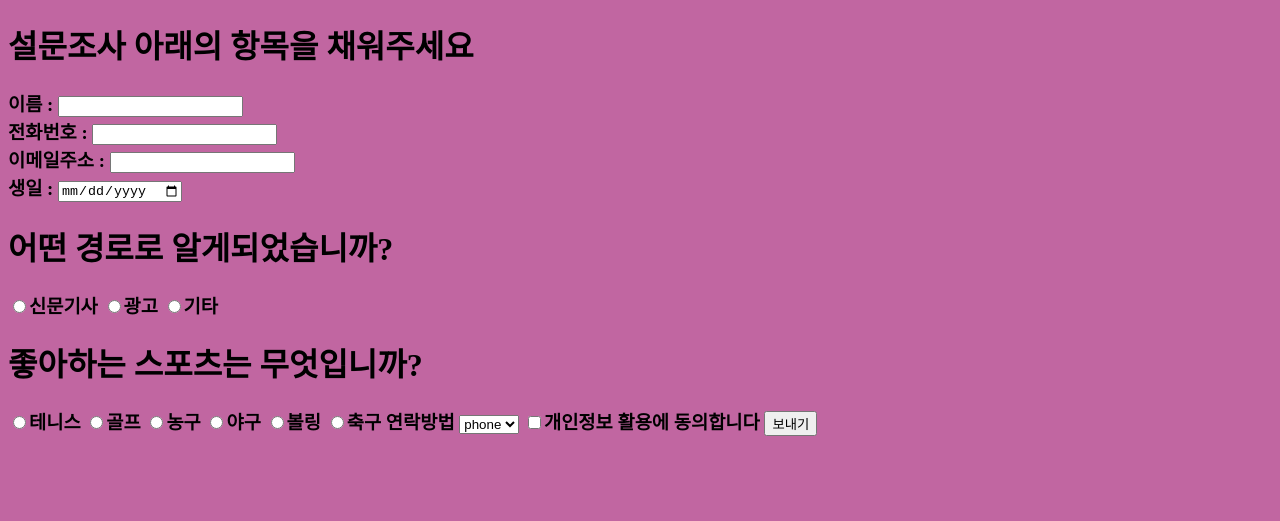
Repository: violetaplum/eclipseJSP
Page: http://localhost/JSP/jsp_DB/dao.jsp
An editor plug-in stored every save of this project. The page is shown before and after the next save, followed by the edit.
The browser window is 1280 px wide. The pictures show the whole page.
The page is served by Tomcat 9. Other server files are loaded and not shown.

Above is the page before, as saved 2019-06-12 10:07:24.

### JSP/WebContent/jsp_DB/dao.jsp
<%@page import="java.sql.PreparedStatement"%>
<%@page import="java.sql.DriverManager"%>
<%@page import="java.sql.Connection"%>
<%@page import="java.sql.ResultSet" %>
<%@page import="java.util.ArrayList"%>
<%-- <%@page import="telinfoDAO.TelInfoDAO"%>
<%@page import="telinfoVO.TelInfoVO"%> --%>
<%@ page language="java" contentType="text/html; charset=UTF-8"
    pageEncoding="UTF-8"%>
<%request.setCharacterEncoding("utf-8");%>

<%-- <%
response.setCharacterEncoding("utf-8");
TelInfoDAO tidao = new TelInfoDAO();
ArrayList<TelInfoVO> tiArray = tidao.getAllInfo();

%> --%>
<!DOCTYPE html>
<html>
<head>
  <style>
  body
  {
    background: #c166a1;
    align:center;
  }
  </style>

</head>
<body>

<form action="./dao2.jsp" method="get">
<h1>
설문조사

아래의 항목을 채워주세요
</h1>
<h3>
이름 : <input type="text" name="name" /><br>
전화번호 : <input type="text" name="tel" /><br>
이메일주소 : <input type="text" name="email" /><br>
생일 : <input type="date" name="birth" /><br>
</h3>

<h1>어떤 경로로 알게되었습니까?</h1><h3>
<input type="radio" name="radio1" value="신문기사"/>신문기사 <input type="radio" name="radio1" value="광고"/>광고  <input type="radio" name="radio1" value="기타" />기타
</h3>
<h1>좋아하는 스포츠는 무엇입니까?</h1><h3>
<input type="radio" name="radio2" value="테니스" />테니스  <input type="radio" name="radio2" value="골프" />골프  <input type="radio" name="radio2" value="농구" />농구
<input type="radio" name="radio2" value="야구" />야구  <input type="radio" name="radio2" value="볼링" />볼링  <input type="radio" name="radio2" value="축구" />축구

연락방법  <select name="select" id="select" value="select">
          <option value="phone">
            phone
          </option>
          <option value="email">
            email
          </option>
          <option value="sms">
            sms
          </option>
</select>

<input type="checkbox" name="check" />개인정보 활용에 동의합니다
<input type="submit" value="보내기" />


</form>

</h3>


</body>
</html>

After the next save:
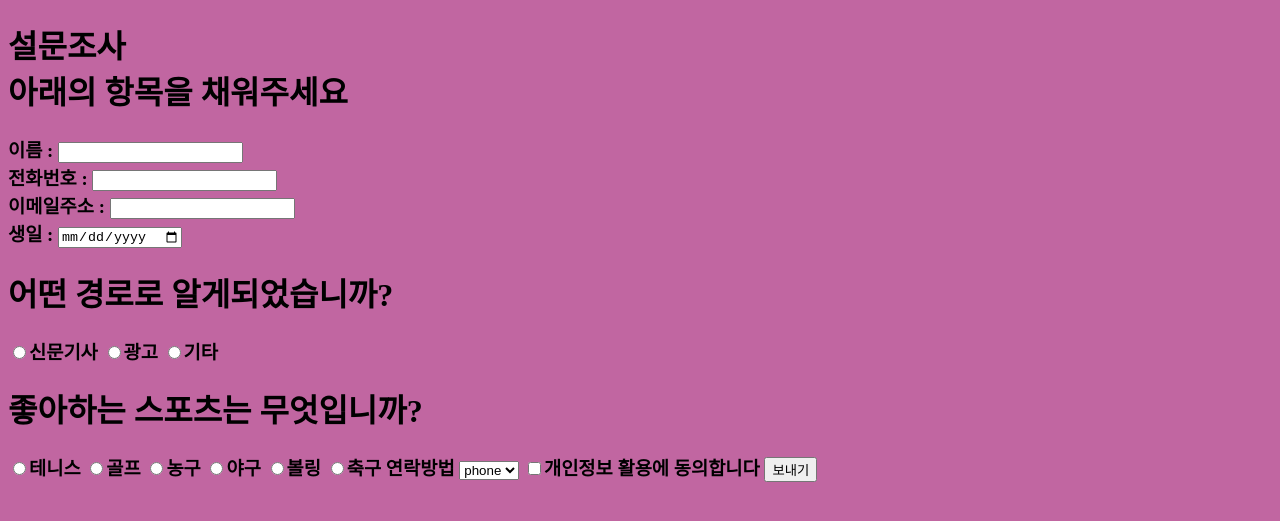
Saved 5 s later.
--- a/JSP/WebContent/jsp_DB/dao.jsp
+++ b/JSP/WebContent/jsp_DB/dao.jsp
@@ -31,9 +31,9 @@ ArrayList<TelInfoVO> tiArray = tidao.getAllInfo();
 
 <form action="./dao2.jsp" method="get">
 <h1>
-설문조사
+설문조사<br>
 
-아래의 항목을 채워주세요
+아래의 항목을 채워주세요<br>
 </h1>
 <h3>
 이름 : <input type="text" name="name" /><br>
